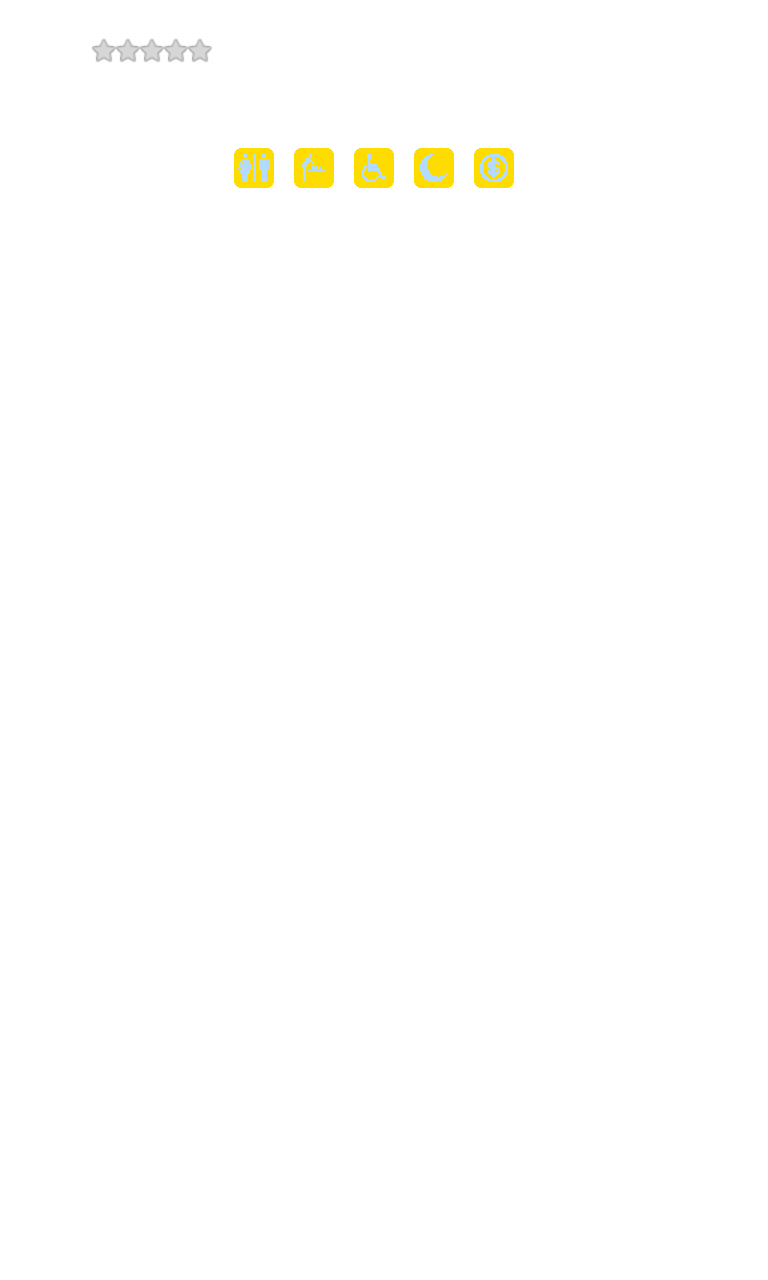
Repository: asocha/toilettalk
Layout: Android/workspace/ToiletTalk/res/layout/google_maps_marker.xml
These files come from the project's save history. The layout is drawn as it stood at one moment and after the next save; the edit follows.
It is drawn on a 768 x 1280 px phone screen (xhdpi) without system bars, with theme AppTheme; the app's code is not run.

Above is the layout before, as saved 2013-04-28 21:24:21.

### Android/workspace/ToiletTalk/res/layout/google_maps_marker.xml
<?xml version="1.0" encoding="utf-8"?>
<RelativeLayout xmlns:android="http://schemas.android.com/apk/res/android"
	android:layout_width="wrap_content"
	android:layout_height="wrap_content"
	android:orientation="horizontal">

	<ImageView
		android:id="@+id/marker_image"
		android:layout_width="40dp"
		android:layout_height="40dp"
		android:contentDescription="@string/restroom_image"/>

	<LinearLayout
	    android:id="@+id/marker_content"
		android:layout_width="wrap_content"
		android:layout_height="wrap_content"
		android:layout_toRightOf="@id/marker_image"
		android:paddingLeft="6dp"
		android:orientation="vertical">

		<TextView
			android:id="@+id/marker_title"
			android:layout_width="wrap_content"
			android:layout_height="wrap_content"
			android:textAppearance="?android:attr/textAppearanceSmall"/>

		<RatingBar
		    android:id="@+id/marking_rating"
		    android:layout_width="wrap_content"
		    android:layout_height="wrap_content"
		    style="?android:attr/ratingBarStyleSmall" />
	</LinearLayout>

	<TextView
		android:id="@+id/marker_address"
		android:layout_width="wrap_content"
		android:layout_height="wrap_content"
		android:layout_below="@id/marker_image"
		android:textAppearance="?android:attr/textAppearanceSmall"/>

	<LinearLayout
        android:id="@+id/view_icons"
        android:layout_width="wrap_content"
        android:layout_marginTop="15dp"
        android:layout_height="@dimen/icons_size"
        android:layout_below="@+id/marker_address"
        android:layout_centerHorizontal="true" >

        <ToggleButton
            android:id="@+id/button_unisex"
            android:layout_marginRight="10dp"
            android:layout_width="@dimen/icons_size"
            android:layout_height="fill_parent"
            android:background="@drawable/button_unisex"
            android:textOn=""
            android:textOff="" />

        <ToggleButton
            android:id="@+id/button_babystation"
            android:layout_marginRight="10dp"
            android:layout_width="@dimen/icons_size"
            android:layout_height="fill_parent"
            android:background="@drawable/button_baby_station"
            android:textOn=""
            android:textOff="" />

        <ToggleButton
            android:id="@+id/button_handicap"
            android:layout_marginRight="10dp"
            android:layout_width="@dimen/icons_size"
            android:layout_height="fill_parent"
            android:background="@drawable/button_handicap"
            android:textOn=""
            android:textOff="" />

        <ToggleButton
            android:id="@+id/button_24hours"
            android:layout_marginRight="10dp"
            android:layout_width="@dimen/icons_size"
            android:layout_height="fill_parent"
            android:background="@drawable/button_24hours"
            android:textOn=""
            android:textOff="" />

        <ToggleButton
            android:id="@+id/button_money"
            android:layout_marginRight="10dp"
            android:layout_width="@dimen/icons_size"
            android:layout_height="fill_parent"
            android:background="@drawable/button_money"
            android:textOn=""
            android:textOff="" />
    </LinearLayout>


</RelativeLayout>

### Android/workspace/ToiletTalk/res/values/styles.xml
<resources xmlns:android="http://schemas.android.com/apk/res/android">

    <!--
        Base application theme, dependent on API level. This theme is replaced
        by AppBaseTheme from res/values-vXX/styles.xml on newer devices.
    -->
    <style name="AppBaseTheme" parent="android:Theme.Light">
        <!--
            Theme customizations available in newer API levels can go in
            res/values-vXX/styles.xml, while customizations related to
            backward-compatibility can go here.
        -->
    </style>

    <!-- Application theme. -->
    <style name="AppTheme" parent="android:Theme.Light.NoTitleBar">
        <!-- All customizations that are NOT specific to a particular API-level can go here. -->
    </style>

   	<style name="Theme.Main" parent="android:Theme.Holo.Light">
   	    <item name="android:windowContentOverlay">@null</item>
	</style>

   	<style name="EditText.InputStyle" parent="android:Widget.EditText">
   	   	<item name="android:ems">10</item>
   	   	<item name="android:layout_marginBottom">@dimen/margin_textinputs</item>
   	   	<item name="android:layout_marginTop">@dimen/margin_textinputs</item>
   	</style>

   	<style name="customRatingBar" parent="@android:style/Widget.RatingBar">
        <item name="android:progressDrawable">@drawable/custom_rating_bar_full</item>
        <item name="android:minHeight">1dp</item>
        <item name="android:maxHeight">1dp</item>
    </style>

</resources>

### Android/workspace/ToiletTalk/res/values/strings.xml
<?xml version="1.0" encoding="utf-8"?>
<resources>

    <string name="app_name">ToiletTalk</string>
    <string name="action_settings">Settings</string>
    <string name="hello_world">Hello world!</string>
    <string name="register">Register</string>
    <string name="login">Login</string>
    <string name="continue_guest">Continue as guest</string>
	<string name="uname_hint">Username</string>
	<string name="pass_hint">Password</string>
	<string name="email">Email Address</string>
	<string name="gender">Gender</string>
	<string name="reg_submit">Sign me up!</string>
	<string name="logo_description">Toilet Talk</string>
	<string name="error_login">Invalid username/password combination</string>
	<string name="error_reg">Registration Failed. Please check imput.</string>
	<string name="error_generic">Submittion failed due to network error.</string>
	<string name="error_continue">Return</string>
	<string name="first_name">First Name</string>
	<string name="last_name">Last Name</string>
	<string name="button_reset_map">Reset Map</string>
	<string name="button_text_compose_review">Compose</string>
	<string name="button_menu">Menu</string>
	<string name="button_review">Submit</string>
	<string name="location_name">Location Name</string>
	<string name="restroom_image">Restroom Image</string>
	<string name="image_instructions">Tap on the above thumbnail to attach a new image</string>
	<string name="expand">Expand</string>
</resources>

### Android/workspace/ToiletTalk/res/values/dimens.xml
<resources>
    <!-- Default screen margins, per the Android Design guidelines. -->
    <dimen name="activity_horizontal_margin">16dp</dimen>
    <dimen name="activity_vertical_margin">16dp</dimen>
    <dimen name="margin_drawable_shape_interior_padding">2dp</dimen>
    <dimen name="height_button_login_bottom">55dp</dimen>
    <dimen name="margin_header_alt_logo">45dp</dimen>
    <dimen name="margin_textinputs">2dp</dimen>
    <dimen name="width_page_container">250dp</dimen>
    <dimen name="textSize_buttons_login">20sp</dimen>
    <dimen name="textSize_buttons_login_bottom">20dp</dimen>
	<dimen name="width_login_buttons">115dp</dimen>
	<dimen name="margin_top_login_buttons">10dp</dimen>
	<dimen name="margin_imagebutton">8dp</dimen>
	<dimen name="padding_imagebutton">13dp</dimen>
	<dimen name="padding_menubutton_topbottom">6dp</dimen>
	<dimen name="padding_menubutton_sides">10dp</dimen>
	<dimen name="icons_size">20dp</dimen>
</resources>

### Android/workspace/ToiletTalk/res/drawable/button_unisex.xml
<?xml version="1.0" encoding="utf-8"?>
<selector xmlns:android="http://schemas.android.com/apk/res/android">
    <item android:drawable="@drawable/icon_unisex_selected" android:state_checked="true" android:state_pressed="true"/>
    <item android:drawable="@drawable/icon_unisex_selected" android:state_pressed="true"/>
    <item android:drawable="@drawable/icon_unisex_selected" android:state_checked="true" />
    <item android:drawable="@drawable/icon_unisex_unselected"/>
</selector>

### Android/workspace/ToiletTalk/res/drawable/button_baby_station.xml
<?xml version="1.0" encoding="utf-8"?>
<selector xmlns:android="http://schemas.android.com/apk/res/android">
    <item android:drawable="@drawable/icon_baby_station_selected" android:state_checked="true" android:state_pressed="true"/>
    <item android:drawable="@drawable/icon_baby_station_selected" android:state_pressed="true"/>
    <item android:drawable="@drawable/icon_baby_station_selected" android:state_checked="true" />
    <item android:drawable="@drawable/icon_baby_station_unselected"/>
</selector>

### Android/workspace/ToiletTalk/res/drawable/button_handicap.xml
<?xml version="1.0" encoding="utf-8"?>
<selector xmlns:android="http://schemas.android.com/apk/res/android">
    <item android:drawable="@drawable/icon_handicap_selected" android:state_checked="true" android:state_pressed="true"/>
    <item android:drawable="@drawable/icon_handicap_selected" android:state_pressed="true"/>
    <item android:drawable="@drawable/icon_handicap_selected" android:state_checked="true" />
    <item android:drawable="@drawable/icon_handicap_unselected"/>
</selector>

### Android/workspace/ToiletTalk/res/drawable/button_24hours.xml
<?xml version="1.0" encoding="utf-8"?>
<selector xmlns:android="http://schemas.android.com/apk/res/android">
    <item android:drawable="@drawable/icon_24hours_selected" android:state_checked="true" android:state_pressed="true"/>
    <item android:drawable="@drawable/icon_24hours_selected" android:state_pressed="true"/>
    <item android:drawable="@drawable/icon_24hours_selected" android:state_checked="true" />
    <item android:drawable="@drawable/icon_24hours_unselected"/>
</selector>

### Android/workspace/ToiletTalk/res/drawable/button_money.xml
<?xml version="1.0" encoding="utf-8"?>
<selector xmlns:android="http://schemas.android.com/apk/res/android">
    <item android:drawable="@drawable/icon_money_selected" android:state_checked="true" android:state_pressed="true"/>
    <item android:drawable="@drawable/icon_money_selected" android:state_pressed="true"/>
    <item android:drawable="@drawable/icon_money_selected" android:state_checked="true" />
    <item android:drawable="@drawable/icon_money_unselected"/>
</selector>

After the next save:
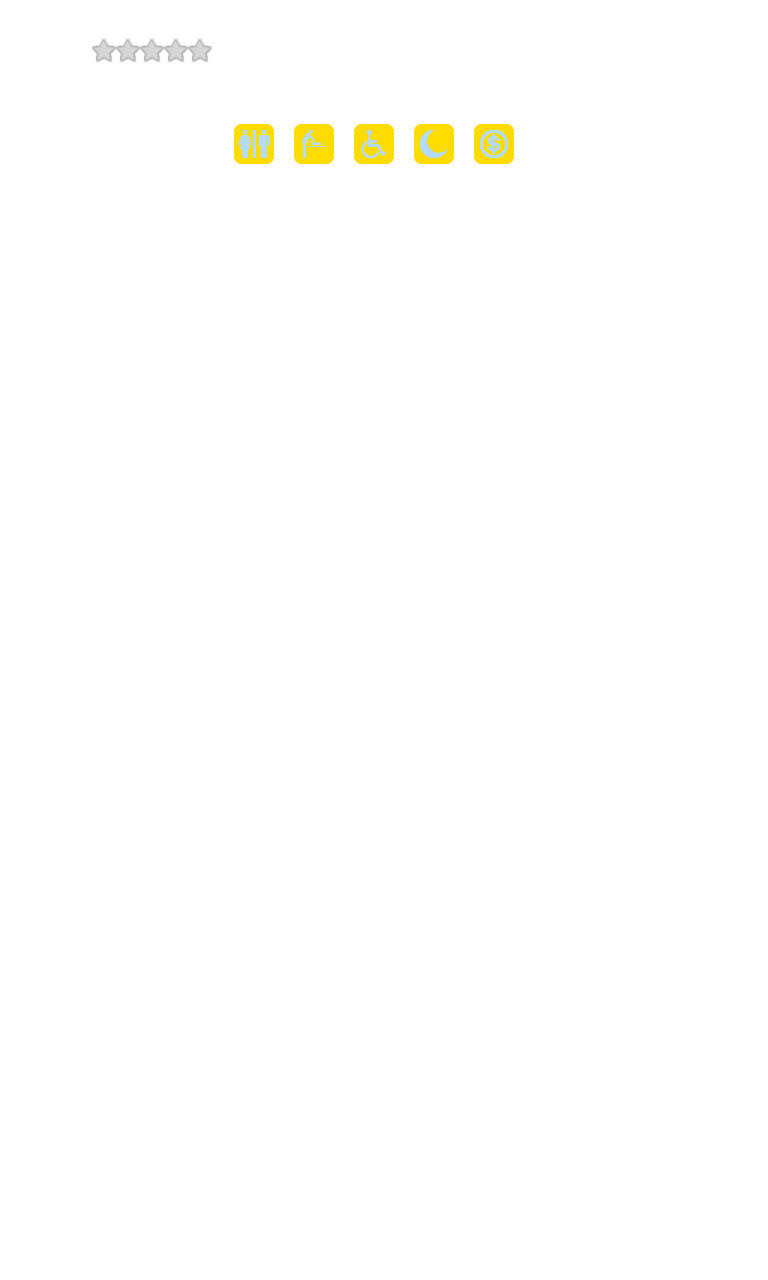
Saved 52 s later.
--- a/Android/workspace/ToiletTalk/res/layout/google_maps_marker.xml
+++ b/Android/workspace/ToiletTalk/res/layout/google_maps_marker.xml
@@ -41,7 +41,7 @@
 	<LinearLayout
         android:id="@+id/view_icons"
         android:layout_width="wrap_content"
-        android:layout_marginTop="15dp"
+        android:layout_marginTop="3dp"
         android:layout_height="@dimen/icons_size"
         android:layout_below="@+id/marker_address"
         android:layout_centerHorizontal="true" >
